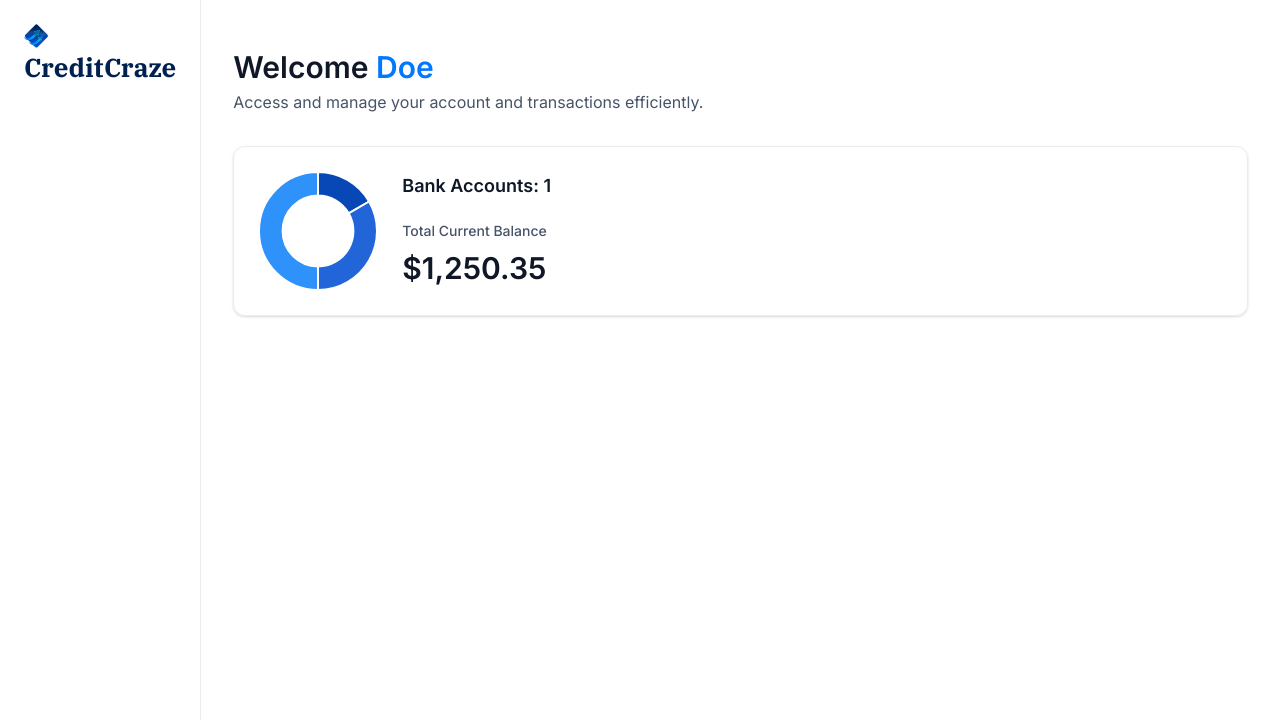
Repository: akinolapo/creditcraze
Page: /
An editor plug-in stored every save of this project. The page is shown before and after a run of saves, followed by the edit.
The browser window is 1280 px wide. The pictures show the whole page.
The project was rebuilt for these pictures with package versions that can differ from the ones it lists, and the page was loaded fresh each time. The framework's server and built-in components were replaced by stand-ins that run in the browser. Also part of the build but not shown: next.config.mjs.

Above is the page before, as saved 2024-07-01 09:29:46.

### app/layout.tsx
import type { Metadata } from "next";
import { Inter, IBM_Plex_Serif } from "next/font/google";
import "./globals.css";

const inter = Inter({ subsets: ["latin"], variable: '--font-inter' });
const ibmPlexSerif = IBM_Plex_Serif({
  subsets: ['latin'],
  weight: ['400', '700'],
  variable: '--font-ibm-plex-serif'
})

export const metadata: Metadata = {
  title: "CreditCraze",
  description: "CreditCraze is a modern banking platform for everyone.",
  icons: {
    icon: '/icons/logo.svg'
  }
};

export default function RootLayout({
  children,
}: Readonly<{
  children: React.ReactNode;
}>) {
  return (
    <html lang="en">
      <body className={`${inter.variable} ${ibmPlexSerif.variable}`}>{children}</body>
    </html>
  );
}

### app/(root)/layout.tsx
import Sidebar from "@/components/Sidebar";

export default function RootLayout({
  children,
}: Readonly<{
  children: React.ReactNode;
}>) {
  const loggedIn =  { firstName: 'Doe', lastName: 'John'}
  return (
    <main className="flex h-screen w-full font-inter">
        <Sidebar user={loggedIn} />
        {children}
    </main>
  );
}

### app/(root)/page.tsx
import HeaderBox from '@/components/HeaderBox'
import TotalBalanceBox from '@/components/TotalBalanceBox';
import React from 'react'

const Home = () => {
  const loggedIn = { firstName: 'Doe'};
  return (
    <section className="home">
      <div className="home-content">
        <header className="home-header">
          <HeaderBox
            type="greeting"
            title="Welcome"
            user={loggedIn?.firstName || 'Guest'}
            subtext="Access and manage your account and transactions efficiently."
          />

          <TotalBalanceBox
            accounts={[]}
            totalBanks={1}
            totalCurrentBalance={1250.35}
          />

        </header>
      </div>
    </section>
  )
}

export default Home

### components/Sidebar.tsx
import { sidebarLinks } from '@/constants'
import Image from 'next/image'
import Link from 'next/link'
import React from 'react'

const Sidebar = ({user}: SiderbarProps) => {
  return (
    <section className="sidebar">
        <nav className="flex flex-col gap-4">
            <Link href="/" className="mb-12 cursor-pointer items-center gap-2">
                <Image
                    src="/icons/logo.svg"
                    width={34}
                    height={34}
                    alt="Credicraze logo"
                    className="size-[24px] max-xl:size-14"
                />
                <h1 className="sidebar-logo">CreditCraze</h1>
            </Link>

            {sidebarLinks.map((item) =>{
                return(
                    <Link
                        href={item.route}
                        key={item.label}>
                        cl
                            {item.label}
                    </Link>
                )
            })}
        </nav>
    </section>
  )
}

export default Sidebar

### components/HeaderBox.tsx
const HeaderBox = ({ type="title", title, subtext, user}: HeaderBoxProps) => {
  return (
    <div className="header-box">
        <h1 className="header-box-title">
            {title}
            {type === 'greeting' && (
                <span className="text-bankGradient">
                    &nbsp;{user}
                </span>
            )}
        </h1>
        <p className="header-box-subtext">{subtext}</p>
    </div>
  )
}

export default HeaderBox

### components/TotalBalanceBox.tsx
import AnimatedCounter from './AnimatedCounter'
import DoughnutChart from './DoughnutChart'

const TotalBalanceBox = ({
  accounts= [], totalBanks, totalCurrentBalance
}:TotlaBalanceBoxProps) => {
  return (
    <section className="total-balance">
      <div className="total-balance-chart">
        <DoughnutChart accounts={accounts}/>
      </div>
      <div className="flex flex-col gap-6">
        <h2 className="header-2">
          Bank Accounts: {totalBanks}
        </h2>
        <div className="flex flex-col gap-2">
          <p className="total-balance-label">
            Total Current Balance
          </p>
          <div className="total-balance-amount flex-center gap-2">
            <AnimatedCounter amount= {totalCurrentBalance}/>
          </div>
        </div>
      </div>
    </section>
  )
}

export default TotalBalanceBox

### components/AnimatedCounter.tsx
'use client';
import CountUp from 'react-countup'

const AnimatedCounter = ({amount}: {amount: number}) => {
  return (
    <div className="w-full">
        <CountUp
            duration={2.75}
            decimals={2}
            decimal="."
            prefix="$"
            end ={amount}
        />
    </div>
  )
}

export default AnimatedCounter

### components/DoughnutChart.tsx
'use client'

import { Chart as ChartJs, ArcElement, Legend, Tooltip } from "chart.js"
import { Doughnut } from "react-chartjs-2"

ChartJs.register(ArcElement, Tooltip, Legend)

const DoughnutChart = ({accounts}: DoughnutChartProps) => {
  const data = {
    datasets: [
      {
        label: 'Banks',
        data: [1250, 2500, 3750],
        backgroundColor: ['#0747b6', '#2265d8', '#2f91fa']
      }
    ],
    labels: ['Bank 1', 'Bank 2', 'Bank 3']
  }
  return (
    <Doughnut
      data={data}
      options={{
        cutout: '60%',
        plugins: {
          legend:{
            display: false
          }
        }
      }}
    />
  )
}

export default DoughnutChart

Loaded but not shown: app/globals.css (common file); constants/index.ts (common file); tailwind.config.ts (common file)

After the next 2 saves:
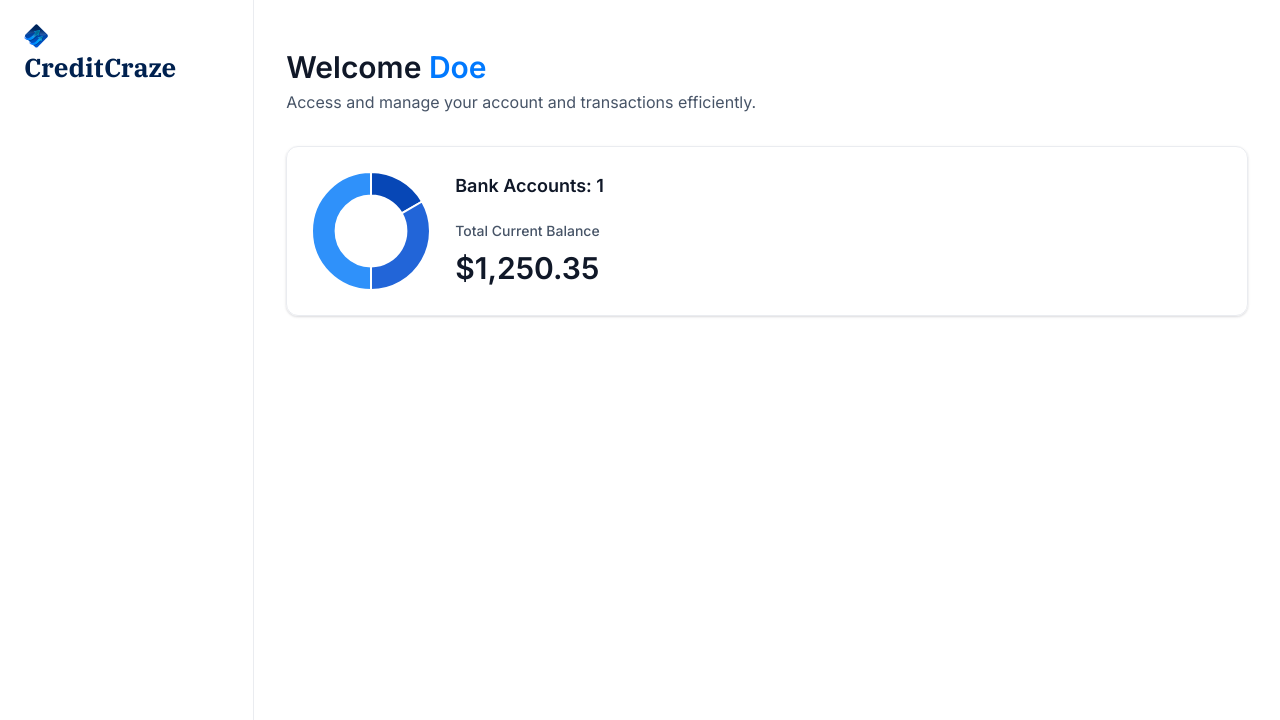
The 2 saves are shown as one change because they came seconds apart.
The last was saved 6 s later.
--- a/components/Sidebar.tsx
+++ b/components/Sidebar.tsx
@@ -23,7 +23,7 @@
                     <Link
                         href={item.route}
                         key={item.label}>
-                        cl
+                        className=""
                             {item.label}
                     </Link>
                 )

After the save that followed:
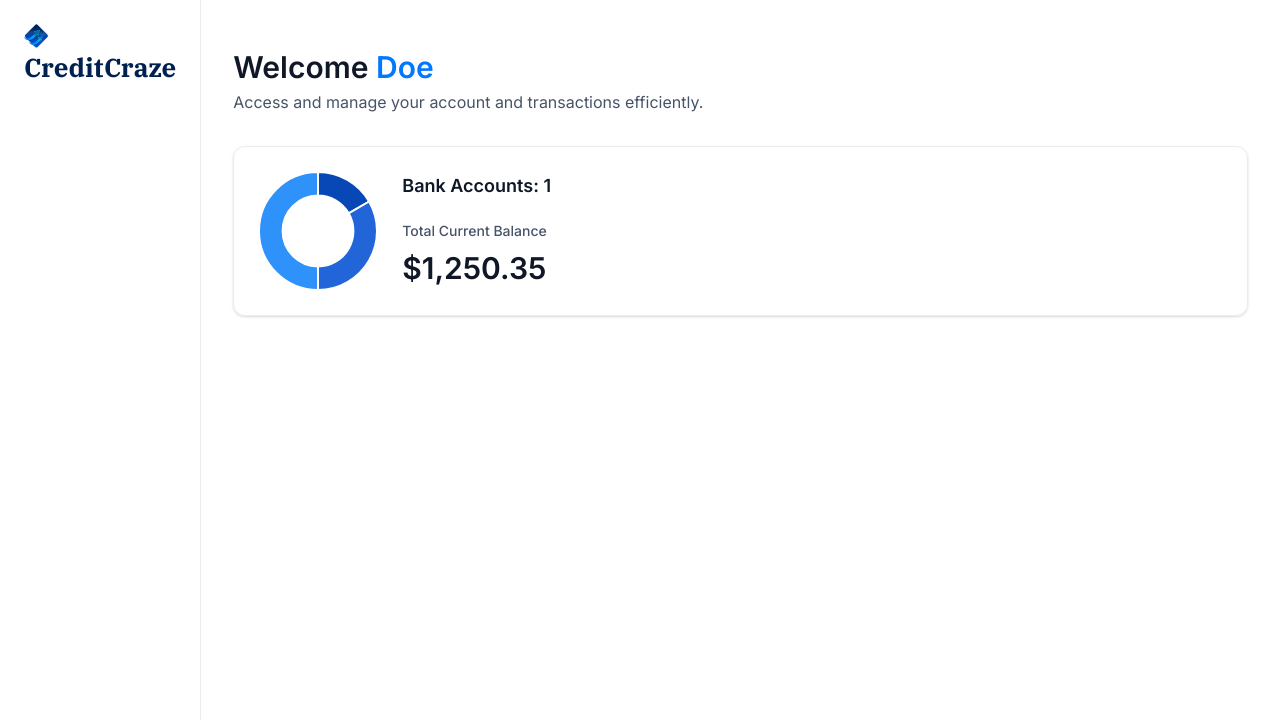
Saved 12 s later.
--- a/components/Sidebar.tsx
+++ b/components/Sidebar.tsx
@@ -23,7 +23,6 @@
                     <Link
                         href={item.route}
                         key={item.label}>
-                        className=""
                             {item.label}
                     </Link>
                 )
